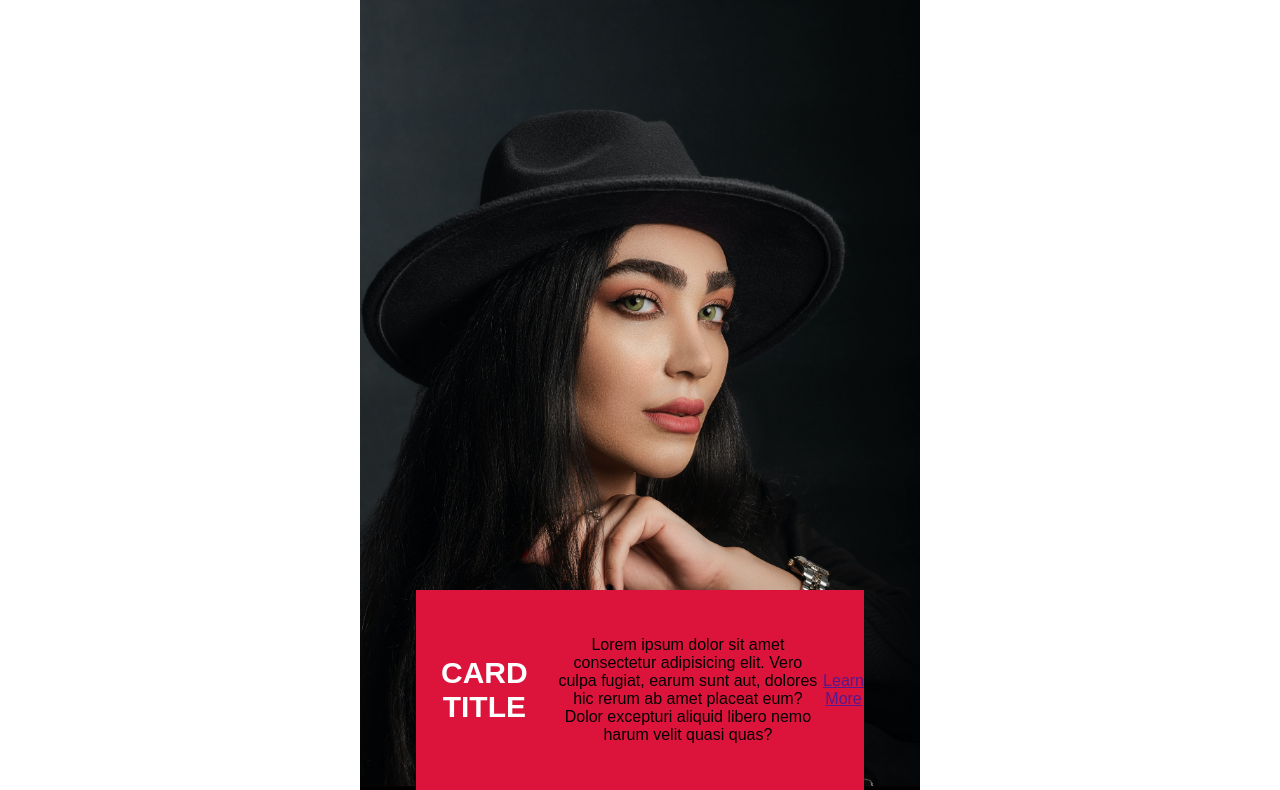
Repository: DevMike1993/100_Projects_HTML_CSS_JAVASCRIPT
Page: 07_Creative_Image_Hover_Effect/03_Effect/index.html
These files come from the project's save history. The page is drawn as it stood at one moment and after a run of saves; the edit follows.
The browser window is 1280 px wide. The pictures show the whole page.

Above is the page before, as saved 2023-11-30 12:41:10.

### 07_Creative_Image_Hover_Effect/03_Effect/index.html
<!DOCTYPE html>
<html lang="en">
<head>
    <meta charset="UTF-8">
    <meta name="viewport" content="width=device-width, initial-scale=1.0">
    <link rel="stylesheet" href="style.css">
    <title>Effect_03</title>
</head>
<body>
    <section class="card">
        <div class="img-containser">
            <img src="milad-shams-AxqT51VT8mw-unsplash.jpg" />
        </div>

        <section class="content">
            <h3>Card Title</h3>
            <p>Lorem ipsum dolor sit amet consectetur adipisicing elit. Vero culpa fugiat, earum sunt aut, dolores hic rerum ab amet placeat eum? Dolor excepturi aliquid libero nemo harum velit quasi quas?</p>
            <a href="">Learn More</a>
        </section>

    </section>


</body>
</html>

### 07_Creative_Image_Hover_Effect/03_Effect/style.css
body {
    background: rgb (23, 23, 23);
    height: 100vh;
    display: flex;
    justify-content: center;
    align-items: center;
    font-family: sans-serif;
}

.card {
    position: relative;
    width: 30rem;
    width: 35rem;
    background-color: black;
    box-shadow: 0px, 30px, 30px rgb(0, 0, 0, 0.5);
}

.content {
    position: absolute;
    bottom: 0px;
    width: 80%;
    height: 200px;
    background: crimson;
    left: 10%;
    text-align: center;
    transition: 0.5s;
    overflow: hidden;
    display: flex;
    justify-content: center;
    align-items: center;
}

h3 {
    font-size: 30px;
    text-transform: uppercase;
    margin: 25px;
    color: #fff;
}

p {

}

img {
    width: 100%;
    height: 100%;
    object-fit: cover;
    transition: 1s;
}

After the next 4 saves:
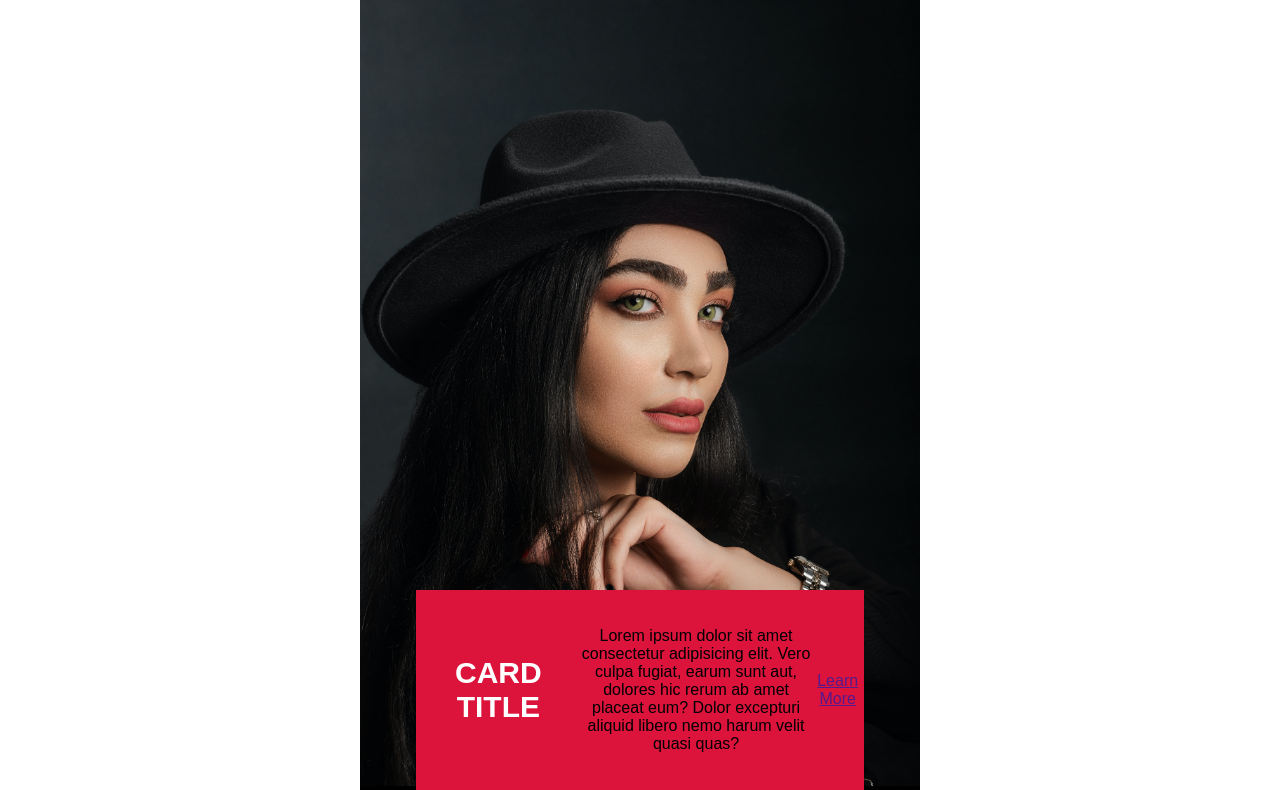
The 4 saves are shown as one change because they came seconds apart.
The last was saved 21 s later.
--- a/07_Creative_Image_Hover_Effect/03_Effect/style.css
+++ b/07_Creative_Image_Hover_Effect/03_Effect/style.css
@@ -38,7 +38,8 @@ h3 {
 }
 
 p {
-
+    width: 80%;
+    margin: ;
 }
 
 img {
